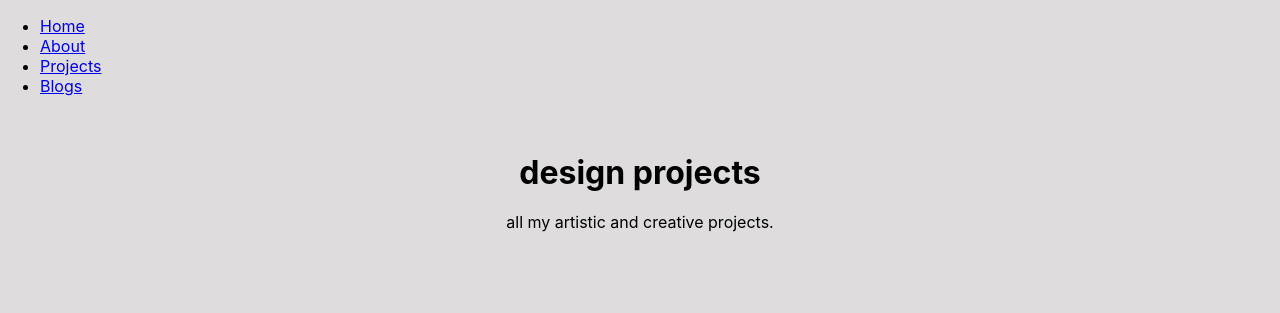
Repository: nicholaschen09/personalWebsite
Page: /projects/design
The author's editor kept a copy of each file at every save. The page is drawn from the files as they stood at one save, then again after the next save.
The browser window is 1280 px wide. The pictures show the whole page.
The project was rebuilt for these pictures with package versions that can differ from the ones it lists, and the page was loaded fresh each time. Also part of the build but not shown: src/components/About.css, src/components/About.js, src/components/Home.js, src/components/Projects.css, src/components/Projects.js, src/components/Blog.css, src/components/Blog.js, src/components/Miscellaneous.css and 2 more.

Above is the page before, as saved 2024-08-10 09:04:02.

After the next save:
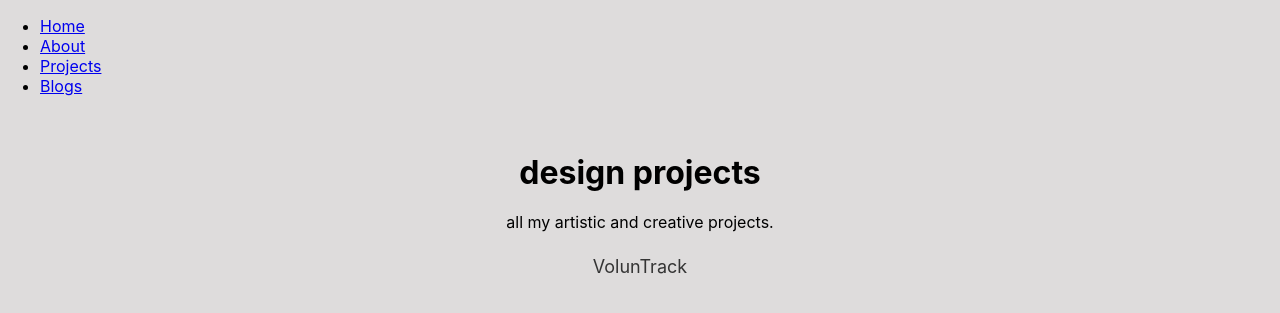
Saved 67 s later.
--- a/src/components/Design.js
+++ b/src/components/Design.js
@@ -6,6 +6,9 @@ const Design = () => {
         <div className="design">
             <h1>design projects</h1>
             <p>all my artistic and creative projects.</p>
+            <div className="projects-container">
+                <a href="/project1" className="project">VolunTrack</a>
+                </div>
         </div>
     );
 };
